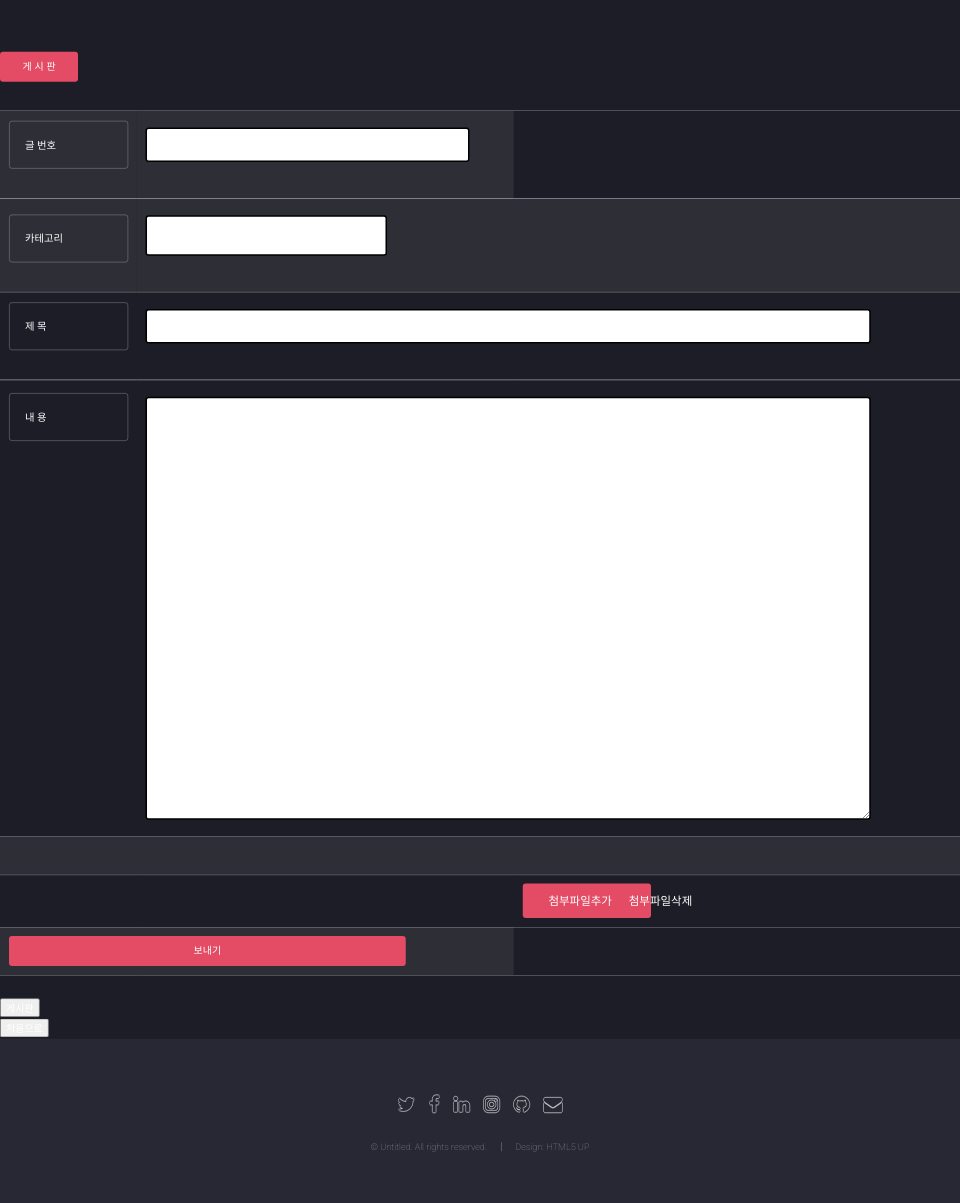
Repository: worMholEamkim/SpringEX
Page: http://localhost/bbs/bbsupdate.do
These files come from the project's save history. The page is drawn as it stood at one moment and after the next save; the edit follows.
The browser window is 1280 px wide. The pictures show the whole page, at 75% of full size.
The page is served by Tomcat 9. Queries for data that is not in the repository find no rows.

Above is the page before, as saved 2019-03-18 05:03:29.

After the next save:
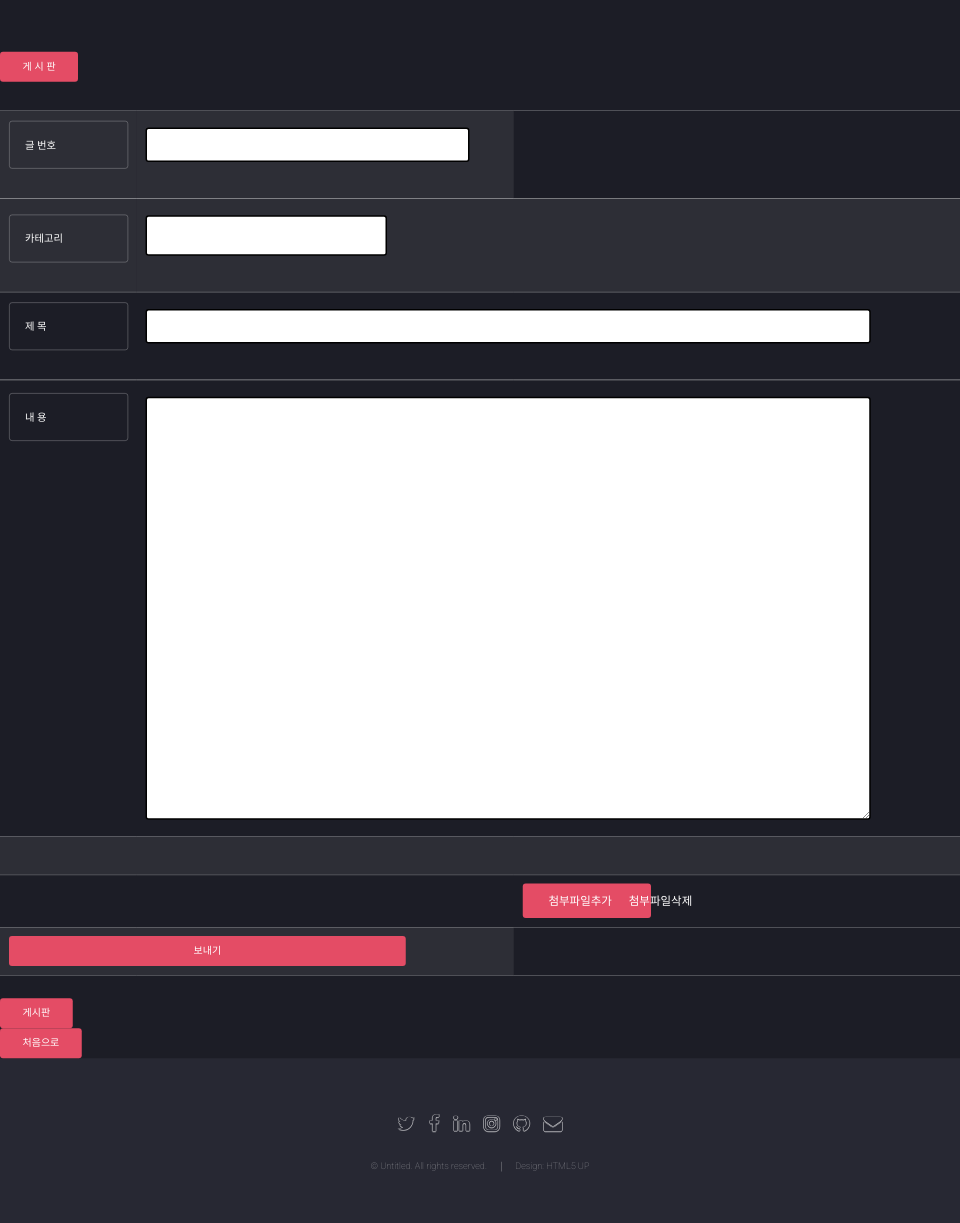
Saved 19 s later.
--- a/JSP_WepPage_Server-master.zip_expanded/JSP_WepPage_Server-master/bbs/WebContent/WEB-INF/bbsupdate.jsp
+++ b/JSP_WepPage_Server-master.zip_expanded/JSP_WepPage_Server-master/bbs/WebContent/WEB-INF/bbsupdate.jsp
@@ -192,13 +192,13 @@
 		</div>
 
 		<div class="w3-panel">
-			<button class="w3-button w3-block w3-button w3-indigo">
+			<button class="button primary">
 				<a href='bbs.do'>게시판</a>
 			</button>
 		</div>
 
 		<div class="w3-panel">
-			<button class="w3-button w3-block w3-button w3-black">
+			<button class="button primary">
 				<a href='home.do'>처음으로</a>
 			</button>
 		</div>
